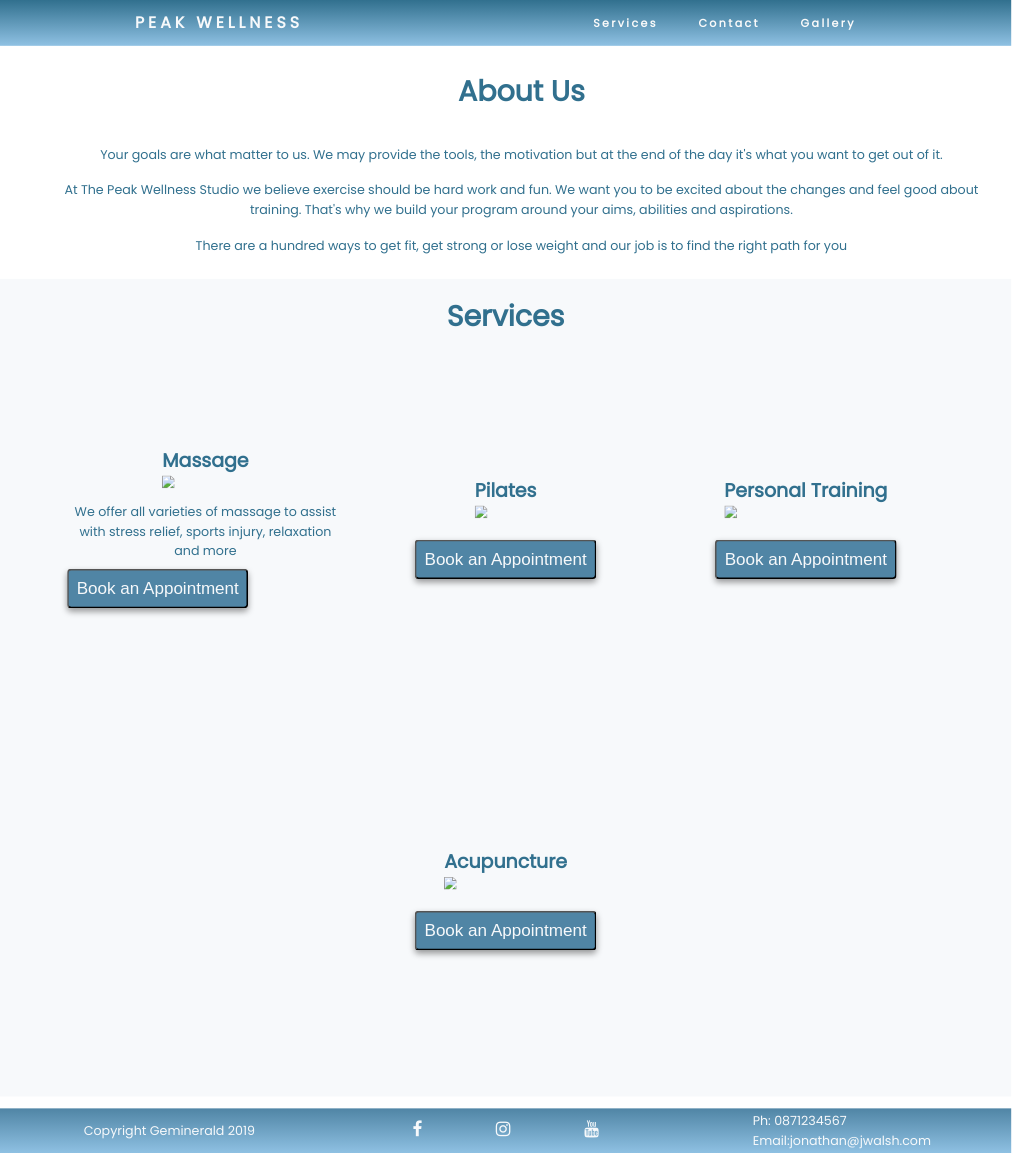
Repository: geminerald/peakwellness
Page: services.html
The author's editor kept a record of every edit. The page is drawn from the files as they stood at one moment, then again after the next edit.
The browser window is 1280 px wide. The page is 1300 px wide, so the pictures cover 1300 px, including what lies to the right of the window. The pictures show the whole page, at 79% of full size.

Above is the page before.

### services.html
<!DOCTYPE html>
<html lang="en">

<head>
    <meta charset="UTF-8">
    <meta name="viewport" content="width=device-width, initial-scale=1.0, maximum-scale=1.0, user-scalable=0">
    <meta http-equiv="X-UA-Compatible" content="ie=edge">
    <link rel="stylesheet" href="assets/style.css" type="text/css" />
    <link href="https://fonts.googleapis.com/css?family=Poppins&display=swap" rel="stylesheet">
    <title>Peak Wellness</title>
    <link rel="icon" href="./images/peak-icon.png">
    <link rel="stylesheet" href="https://stackpath.bootstrapcdn.com/font-awesome/4.7.0/css/font-awesome.min.css" type="text/css" />

</head>

<body>
    <nav>
        <div class="logo">
            <h4><a href="index.html">Peak Wellness</h4></a>
        </div>
        <ul class="nav-links">
            <li>
                <a href="services.html">Services</a>
            </li>
            <li>
                <a href="contact.html">Contact</a>
            </li>
            <li>
                <a href="gallery.html">Gallery</a>
            </li>

        </ul>
        <div class="burger">
            <div class="line1"></div>
            <div class="line2"></div>
            <div class="line3"></div>
        </div>
    </nav>
    <section>
        <div class="service-container">
            <div class="about">
                <h1>About Us</h1>
                <p>
                    Your goals are what matter to us. We may provide the tools, the motivation but at the end of the day it's what you want to get out of it.
                </p>
                <p>
                    At The Peak Wellness Studio we believe exercise should be hard work and fun. We want you to be excited about the changes and feel good about training. That's why we build your program around your aims, abilities and aspirations.
                </p>
                <p>
                    There are a hundred ways to get fit, get strong or lose weight and our job is to find the right path for you
                </p>
            </div>
            <div class="services">
                <h1>Services</h1>
                <div class="service">
                    <figure class="front">
                        <h2>Massage</h2><img src="#"></figure>
                    <figure class="back">
                        <p>We offer all varieties of massage to assist with stress relief, sports injury, relaxation and more</p>
                        <button href="contact.html">Book an Appointment</button>
                    </figure>
                </div>
                <div class="service">
                    <figure class="front">
                        <h2>Pilates</h2><img src="#"></figure>
                    <figure class="back">
                        <p></p> <button href="contact.html">Book an Appointment</button></figure>
                </div>
                <div class="service">
                    <figure class="front">
                        <h2>Personal Training</h2><img src="#"></figure>
                    <figure class="back">
                        <p></p> <button href="contact.html">Book an Appointment</button></figure>
                </div>
                <div class="service">
                    <figure class="front">
                        <h2>Acupuncture</h2><img src="#"></figure>
                    <figure class="back">
                        <p></p> <button href="contact.html">Book an Appointment</button></figure>
                </div>
            </div>
        </div>
    </section>
    <footer>
        <div class="f-item">
            <a class="show-mobile" target="_blank" href="https://github.com/geminerald"><i class="fa fa-copyright"></i> </a>
            <p class="hidden-mobile">Copyright <a target="_blank" href="https://github.com/geminerald"> Geminerald </a> 2019</p>
        </div>
        <div class="f-item">
            <ul class="social-links">
                <li><a target="_blank" href="https://www.facebook.com/PeakWellnessstudio/"><i class="fa fa-facebook"></i></a></li>
                <li><a target="_blank" href="https://www.instagram.com/thepeakwellnessstudio/"><i class="fa fa-instagram"></i></a></li>
                <li><a target="_blank" href="https://www.youtube.com/channel/UC_d9R5XdeesvneUyRDroG0w?"><i class="fa fa-youtube"></i></a></li>
            </ul>
        </div>
        <div class="f-item">
            <a class="show-mobile" href="contact.html"><i class="fa fa-phone"></i></a>
            <p class="hidden-mobile">Ph: 0871234567<br>Email:jonathan@jwalsh.com</p>
        </div>
    </footer>
    <script src="./assets/nav.js"></script>
</body>

</html>

### assets/style.css
* {
    margin: 0;
    padding: 0;
    box-sizing: border-box;
}

body {
    font-family: 'Poppins', sans-serif;
    color: #f7f9fb;
}

a {
    text-decoration: none;
    color: #f7f9fb;
}

/*----------------------------------------------------------------Colours

Grey/Green: #687864
Dark Blue: #31708e
Medium Blue: #5085a5
Light Blue: #8fc1e3
White: #f7f9fb

Colours from: https://visme.co/blog/website-color-schemes/

*/

/*----------------------------------------------------------------Nav*/

/*Nav Elements: Dev Ed:

https://www.youtube.com/watch?v=gXkqy0b4M5g

*/

nav {
    display: flex;
    justify-content: space-around;
    align-items: center;
    min-height: 8vh;
    background: linear-gradient(180deg, #31708E 0%, #8FC1E3 100%);

}

.logo {
    color: #fafafa;
    text-transform: uppercase;
    letter-spacing: 5px;
    font-size: 20px;

}

.nav-links {
    display: flex;
    width: 30%;
    justify-content: space-around;

}

.nav-links li {
    list-style: none;
}

.nav-links a {
    color: #fafafa;
    text-decoration: none;
    letter-spacing: 3px;
    font-weight: bold;
    font-size: 14px;

}

.burger {
    display: none;
    cursor: pointer;
}

.burger div {
    width: 25px;
    height: 3px;
    background-color: #fafafa;
    margin: 5px;
    transition: all 0.3s ease;

}

@media screen and (max-width:1068px) {
    .nav-links {
        width: 50%;
    }
}

@media screen and (max-width:768px) {
    body {
        overflow-x: hidden;
    }

    .nav-links {
        position: absolute;
        ;
        right: 0px;
        height: 92vh;
        top: 8vh;
        background: linear-gradient(270deg, #31708E 0%, #8FC1E3 100%);
        display: flex;
        flex-direction: column;
        align-items: center;
        width: 70%;
        transform: translateX(100%);
        transition: transform 0.5s ease-in;
        z-index: 1;
    }
    .nav-links li {
        opacity: 0;
    }
    .burger {
        display: block;
    }
}

.nav-active {
    transform: translateX(0%);
}

@keyframes navLinkFade {
    from {
        opacity: 0;
        transform: translateX(50px);
    }
    to {
        opacity: 1;
        transform: translateX(0px);
    }
}

.toggle .line1 {
    transform: rotate(-45deg) translate(-5px, 6px);
}

.toggle .line2 {
    opacity: 0;
}

.toggle .line3 {
    transform: rotate(45deg) translate(-5px, -6px);
}

/*----------------------------------------------------------------Nav*/

/*----------------------------------------------------------------Home*/

.home-container {
    background-image: url("../images/home-bg.jpg");
    background-repeat: no-repeat;
    background-position: center;
    background-size: cover;
    z-index: 0;
    margin: auto;
    height: 90vh;
    width: 100%;
    display: flex;
    justify-content: space-around;
    align-items: center;
    flex-flow: column;
}

.appear1 {
    animation: appear 1s ease-in;
}

.appear2 {
    opacity: 0;
    animation: appear 4s ease-in;
    animation-delay: 2s;
    animation-fill-mode: forwards;
}

/*----------------------------------------------------------------Home*/

/*----------------------------------------------------------------Services*/

.about {
    display: flex;
    flex-flow: column wrap;
    align-items: center;
    color: #31708e;
    margin: 10px 0px 30px 0px;
}

.about h1,
.services h1 {
    margin: 20px;
    font-size: 5vh;
    width: 100%;
    text-align: center;
}

.about p {
    margin: 20px 30px 0px 30px;
    text-align: center;
}

.services {
    display: flex;
    flex-flow: row wrap;
    align-items: center;
    color: #31708e;
    background-color: #f7f9fb;
    justify-content:center;
}

.service-container {
    margin-bottom: 15px;
}

.service {
    display: flex;
    align-items: center;
    justify-content: center;
    flex-flow: column wrap;
    margin:0px 15px 20px 15px;
    min-height:450px;
    min-width:350px;

}

.service p {
    max-width: 350px;
    text-align:center;
    margin-top:10px;
}

.image-cropper {
    border: 5px solid #8fc1e3;
    width: 250px;
    height: 250px;
    position: relative;
    overflow: hidden;
    border-radius: 50%;
    box-shadow: 0 2px 4px 0 rgba(0, 0, 0, 0.2);
    transition: 0.3s ease-in;

}

.image-cropper:hover {
    box-shadow: 0 3px 6px 0 rgba(0, 0, 0, 0.4);
}

.image-cropper img {
    display: inline;
    margin: 0 auto;
    height: 100%;
    width: auto;
}

button {
    color: #f7f9fb;
    background-color: #5085a5;
    margin: 10px 0px 10px 0px;
    min-height: 50px;
    min-width: 200px;
    border-radius: 5px;
    box-shadow: 0 4px 8px 0 rgba(0, 0, 0, 0.4);
    transition: 0.3s ease-in;
    font-size: 3vh;
    cursor: pointer;
    padding:10px;
}

button:hover {
    box-shadow: 0 6px 14px 0 rgba(0, 0, 0, 0.6);
}

/*----------------------------------------------------------------Services*/

/*----------------------------------------------------------------Footer*/

footer {
    height: 8vh;
    width: 100%;
    background: linear-gradient(180deg, #5085A5 0%, #8FC1E3 100%);
    display: flex;
    flex-direction: row;
    justify-content: space-evenly;
}

.f-item {
    display: flex;
    align-items: center;
    justify-content: space-evenly;
    flex-direction: row;
    width: 33%;
}

.social-links {
    display: flex;
    justify-content: space-evenly;
    list-style: none;
    width: 100%;
}

.social-links li a i,
.f-item a i {
    font-size: 3vh;
}


.hidden-mobile {
    display: block;
}

.show-mobile {
    display: none;
}

@media screen and (max-width:768px) {
    .hidden-mobile {
        display: none;
    }
    .show-mobile {
        display: block;
    }
}

/*----------------------------------------------------------------Footer*/

/*----------------------------------------------------------------KeyFrames*/

@keyframes appear {
    from {
        opacity: 0
    }
    to {
        opacity: 1
    }

}

/*----------------------------------------------------------------KeyFrames*/

### assets/nav.js
const navSlide = () => {
    const burger = document.querySelector('.burger');
    const nav = document.querySelector('.nav-links');
    const navLinks = document.querySelectorAll('.nav-links li');

    burger.addEventListener('click', () => {
        nav.classList.toggle('nav-active');
        navLinks.forEach((link, index) => {
            if (link.style.animation) {
                link.style.animation = '';
            } else {
                link.style.animation = `navLinkFade 0.5s ease forwards ${index/7 + 1}s`;
            }
        });
        burger.classList.toggle('toggle');
    });
}

navSlide();

After the next edit:
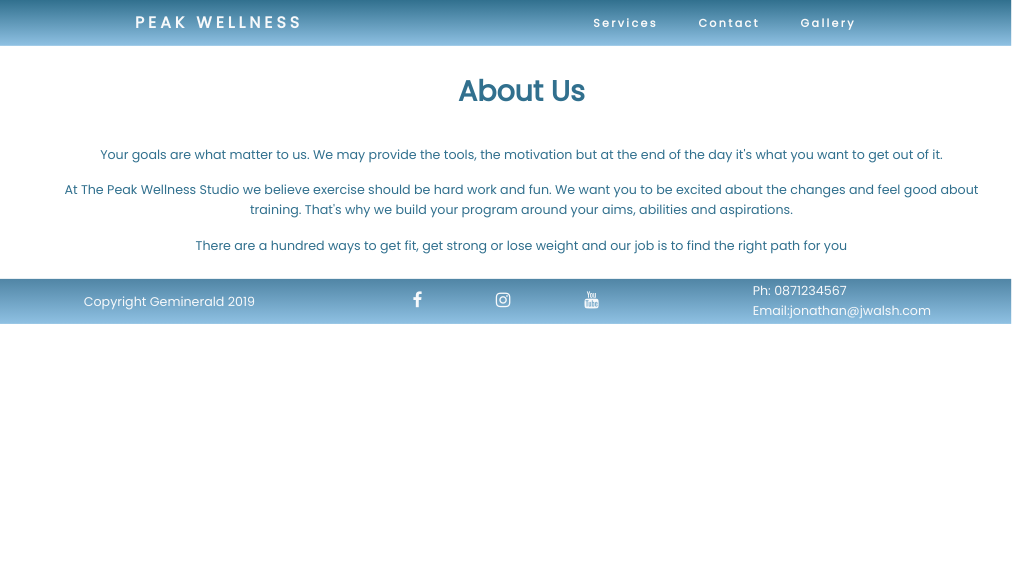
The edit:
--- a/services.html
+++ b/services.html
@@ -50,35 +50,7 @@
                     There are a hundred ways to get fit, get strong or lose weight and our job is to find the right path for you
                 </p>
             </div>
-            <div class="services">
-                <h1>Services</h1>
-                <div class="service">
-                    <figure class="front">
-                        <h2>Massage</h2><img src="#"></figure>
-                    <figure class="back">
-                        <p>We offer all varieties of massage to assist with stress relief, sports injury, relaxation and more</p>
-                        <button href="contact.html">Book an Appointment</button>
-                    </figure>
-                </div>
-                <div class="service">
-                    <figure class="front">
-                        <h2>Pilates</h2><img src="#"></figure>
-                    <figure class="back">
-                        <p></p> <button href="contact.html">Book an Appointment</button></figure>
-                </div>
-                <div class="service">
-                    <figure class="front">
-                        <h2>Personal Training</h2><img src="#"></figure>
-                    <figure class="back">
-                        <p></p> <button href="contact.html">Book an Appointment</button></figure>
-                </div>
-                <div class="service">
-                    <figure class="front">
-                        <h2>Acupuncture</h2><img src="#"></figure>
-                    <figure class="back">
-                        <p></p> <button href="contact.html">Book an Appointment</button></figure>
-                </div>
-            </div>
+
         </div>
     </section>
     <footer>
